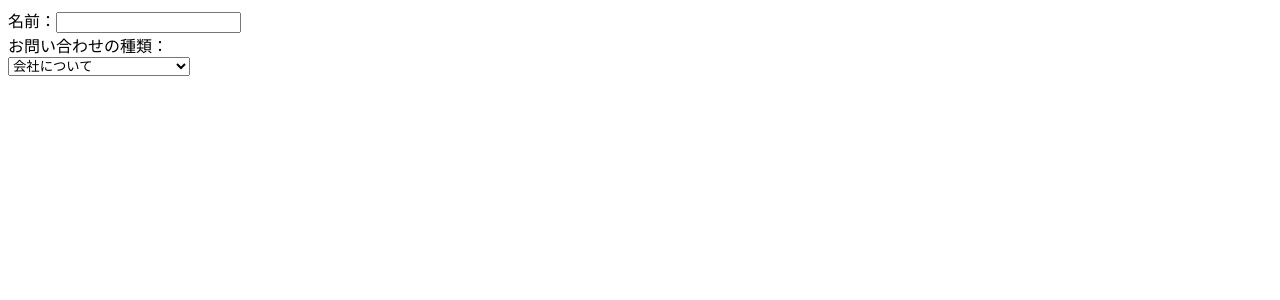
Repository: gennarikun/test
Page: http://localhost/WebProj3/inquiry.jsp
These files come from the project's save history. The page is drawn as it stood at one moment and after the next save; the edit follows.
The browser window is 1280 px wide. The pictures show the whole page.
The page is served by Tomcat 9. Other server files are loaded and not shown.

Above is the page before, as saved 2018-12-26 04:32:06.

### WebProj3/WebContent/inquiry.jsp
<%@ page language="java" contentType="text/html; charset=UTF-8"
    pageEncoding="UTF-8"%>
    <%@ taglib prefix="s" uri="/struts-tags"%>
<!DOCTYPE html PUBLIC "-//W3C//DTD HTML 4.01 Transitional//EN" "http://www.w3.org/TR/html4/loose.dtd">
<html>
<head>
<meta http-equiv="Content-Type" content="text/html; charset=UTF-8">
<title>お問い合わせフォーム</title>
</head>
<body>
	<s:form method="post" action="InquiryCompleteAction">
		名前：<input type="text" name="name"/><br>
		お問い合わせの種類：<br>
		<select name="qtype">
			<option value="company">会社について</option>
			<option value="product">製品について</option>
			<option value="support">アフターサポートについて</option>
		</select>
	</s:form>
</body>
</html>

After the next save:
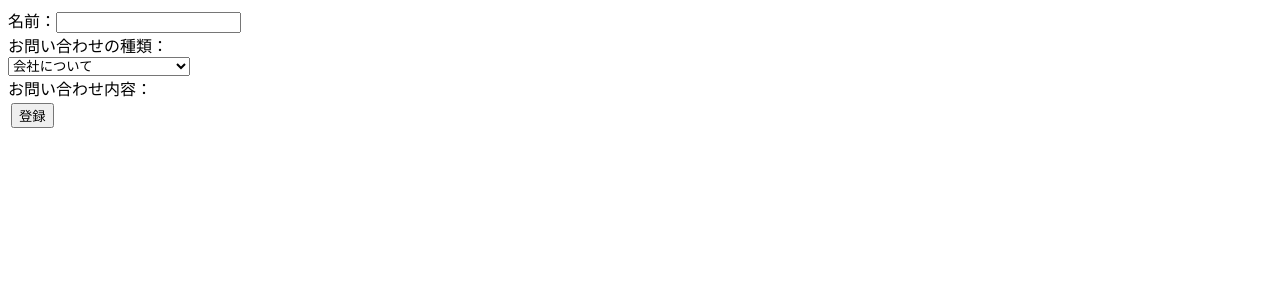
Saved 45 s later.
--- a/WebProj3/WebContent/inquiry.jsp
+++ b/WebProj3/WebContent/inquiry.jsp
@@ -16,6 +16,9 @@
 			<option value="product">製品について</option>
 			<option value="support">アフターサポートについて</option>
 		</select>
+		<br>
+		お問い合わせ内容：
+		<br><s:submit value="登録"/>
 	</s:form>
 </body>
 </html>
